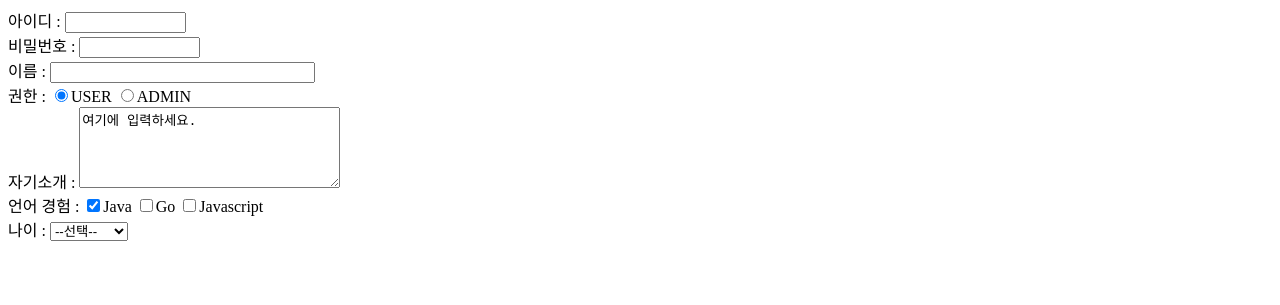
Repository: TPoleon/Servlet-JSP
Page: BoardWeb/src/main/webapp/insertUser.html
An editor plug-in stored every save of this project. The page is shown before and after the next save, followed by the edit.
The browser window is 1280 px wide. The pictures show the whole page.

Above is the page before, as saved 2023-11-16 09:05:09.

### BoardWeb/src/main/webapp/insertUser.html
<!DOCTYPE html PUBLIC "-//W3C//DTD HTML 4.01 Transitional//EN" "http://www.w3.org/TR/html4/loose.dtd">
<html>
<head>
<meta http-equiv="Content-Type" content="text/html; charset=UTF-8">
<title>Insert title here</title>
</head>
<body>

	아이디 :
	<input type="text" size="12" />
	<br> 비밀번호 :
	<input type="password" size="12" />
	<br> 이름 :
	<input type="text" size="30" />
	<br> 권한 :
	<input type="radio" name="role" checked />USER
	<input type="radio" name="role" />ADMIN
	<br> 자기소개 :
	<textarea rows="5" cols="30">여기에 입력하세요.</textarea>
	<br> 언어 경험 :
	<input type="checkbox" checked>Java
	<input type="checkbox">Go
	<input type="checkbox">Javascript
	<br> 나이 :
	<select>
		<option>--선택--
		<option>10대
		<option>20대
		<option>30대
		<option>40대
		<option>50대
		<option>60대 이상
	</select>
	<br>
</body>
</html>

After the next save:
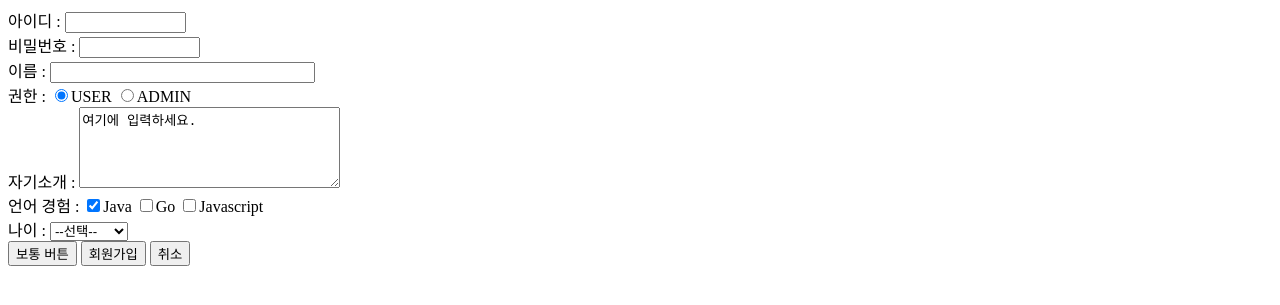
Saved 2 min 40 s later.
--- a/BoardWeb/src/main/webapp/insertUser.html
+++ b/BoardWeb/src/main/webapp/insertUser.html
@@ -32,5 +32,9 @@
 		<option>60대 이상
 	</select>
 	<br>
+
+	<input type="button" value="보통 버튼"/>
+	<input type="submit" value="회원가입"/>
+	<input type="reset" value="취소"/>
 </body>
 </html>
